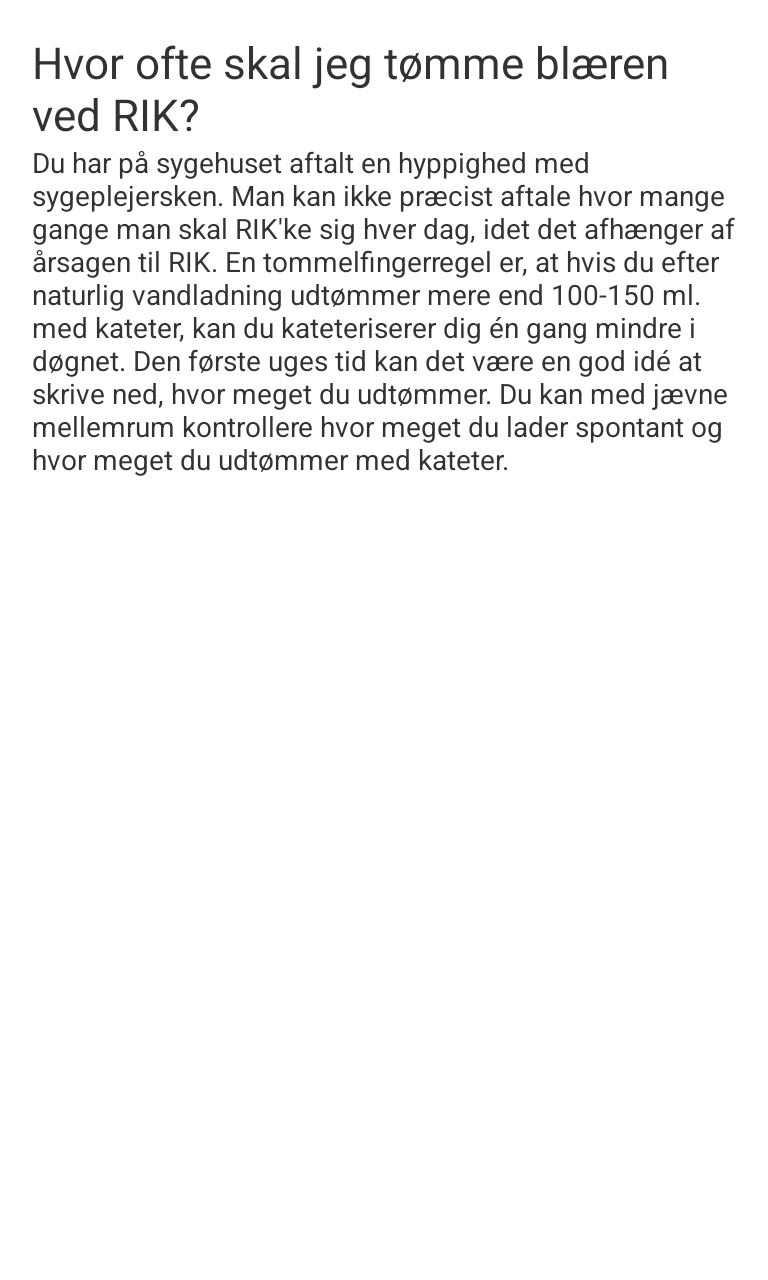
Repository: KingApollo/RIKapp2
Layout: RIKapp/res/layout/activity_information.xml
These files come from the project's save history. The layout is drawn as it stood at one moment and after the next save; the edit follows.
It is drawn on a 768 x 1280 px phone screen (xhdpi) without system bars, with theme android:Theme.Light.NoTitleBar; the app's code is not run.

Above is the layout before, as saved 2014-10-08 11:06:59.

After the next save:
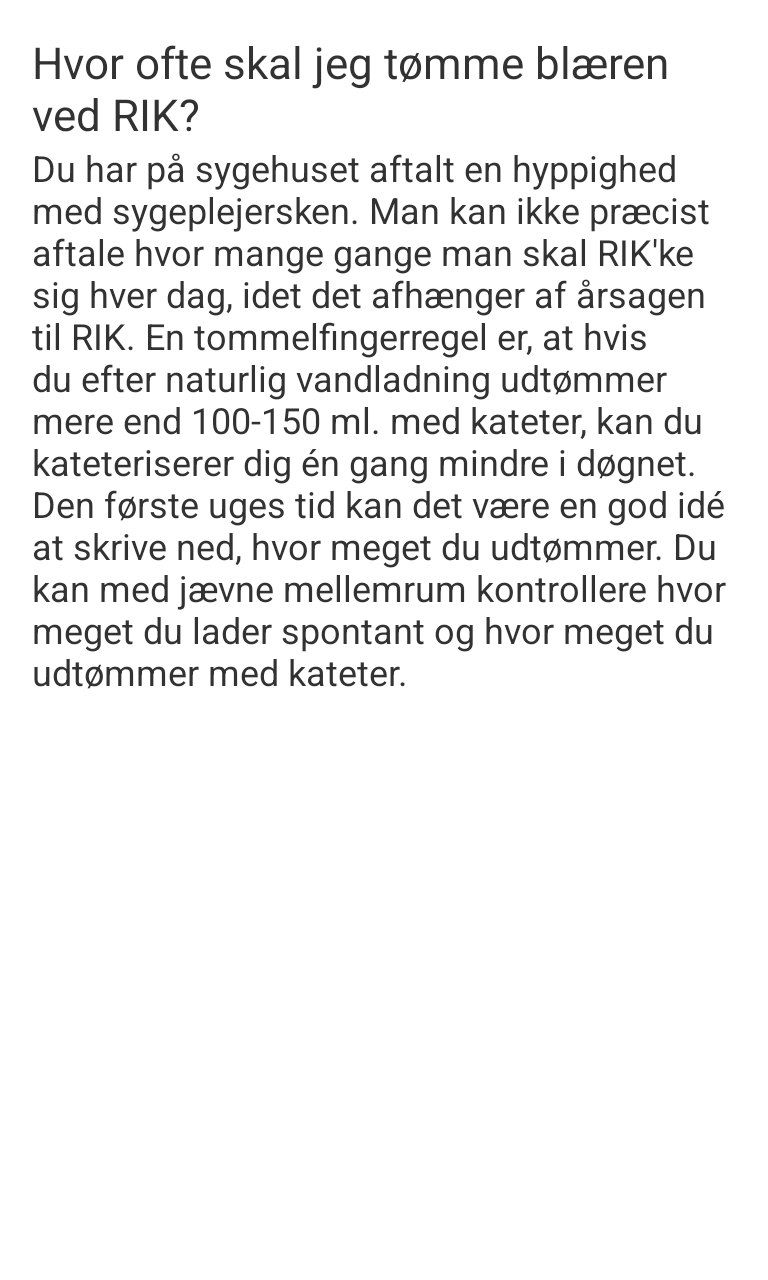
Saved 10 s later.
--- a/RIKapp/res/layout/activity_information.xml
+++ b/RIKapp/res/layout/activity_information.xml
@@ -24,6 +24,7 @@
 
 <TextView
     android:id="@+id/txt_help_gest"
+    android:textSize="18sp"
     android:layout_width="wrap_content"
     android:layout_height="wrap_content"
     android:layout_alignLeft="@+id/help_title_gest"
